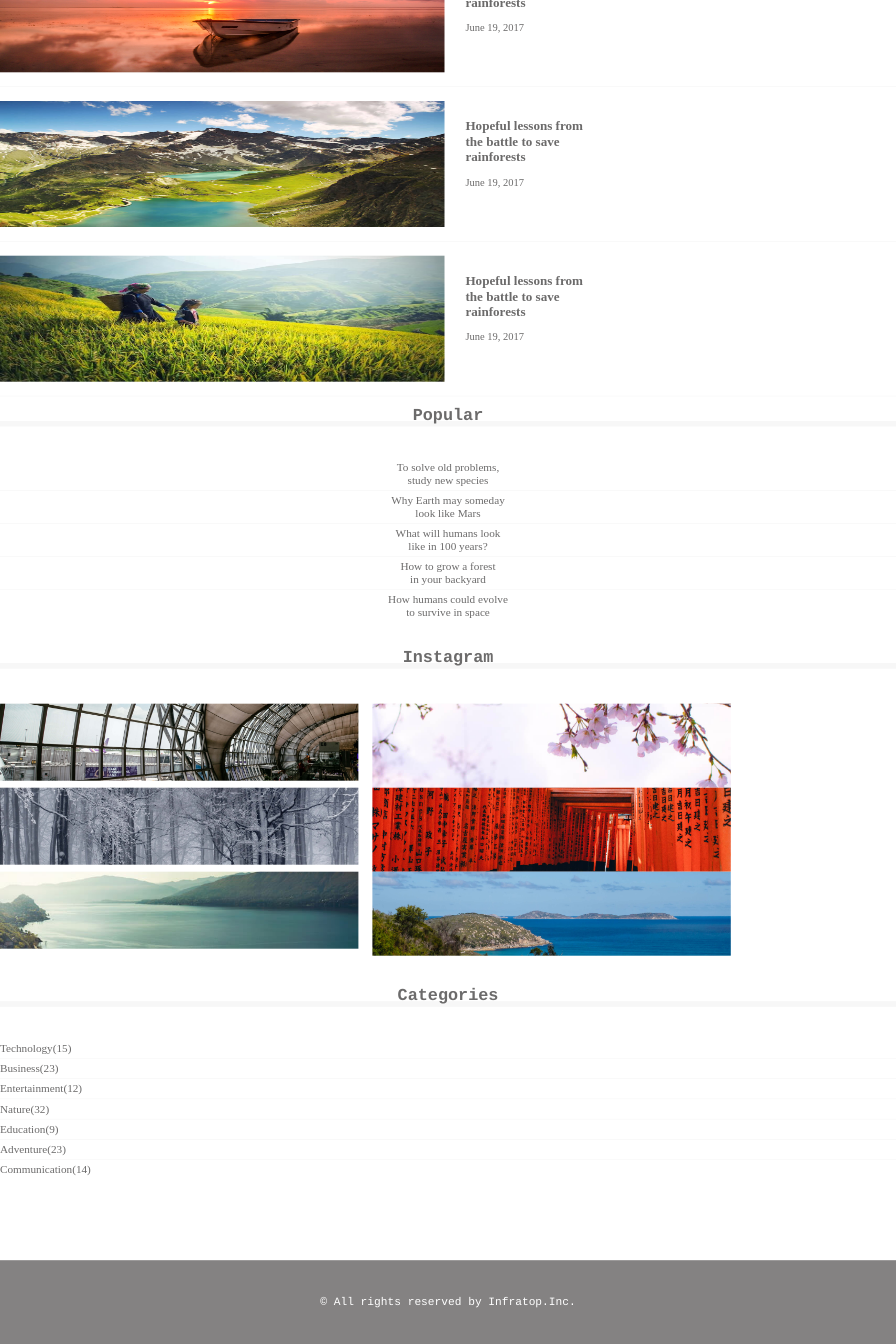
Repository: t-sato-infratop/environment
Page: caravan/index.html
The author's editor kept a record of every edit. The page is drawn from the files as they stood at one moment, then again after the next edit.
The browser window is 1280 px wide. The pictures show the part of the page from y = 1066 to 2986 px (the page is 2986 px tall), at 70% of full size.

Above is the page before.

### caravan/index.html
<!DOCTYPE html>
<html lang="ja">
  <head>
    <meta charset="UTF-8" />
    <link rel="stylesheet" href="style.css" />
    <title>CARAVAN</title>
  </head>

  <body>
    <header>
      <h1 class="heading">
        <a href="index.html">
          CARAVAN
        </a>
      </h1>
    </header>

    <nav>
      <ul class="nav-list">
        <li class="nav-list-item">
          <a href="index.html">Home</a>
        </li>
        <li class="nav-list-item">About</li>
        <li class="nav-list-item">Topic</li>
      </ul>
    </nav>

    <div class="main-visual">
      <div class="main-visual-content">
        <p class="main-visual-text">
            The world is a book<br />
            and those who do not travel<br />
            read only one page.
        </p>
        <p class="main-visual-name">
            St. Augustine
        </p>
      </div>
    </div>

    <main>
      <section class="blog">
        <h2 class="blog-heading">Recent Blogs</h2>
        <div class="blog-box">
          <div class="blog-item">
            <img class="blog-image" src="../img/forest.jpg">
            <section class="blog-text">
              <h3 class="blog-text-heading">
                <a href="single.html">
                  Hopeful lessons from<br>
                  the battle to save<br>
                  rainforests
                </a>
              </h3>
              <p class="blog-date">June 19, 2017</p>
              <span class="category">Nature</span>
            </section>
          </div>
          <div class="blog-item">
            <img class="blog-image" src="../img/desert.jpg">
            <section class="blog-text">
              <h3 class="blog-text-heading">
                <a href="single.html">
                  Hopeful lessons from<br>
                  the battle to save<br>
                  rainforests
                </a>
              </h3>
              <p class="blog-date">June 19, 2017</p>
              <span class="category">Nature</span>
            </section>
          </div>
          <div class="blog-item">
            <img class="blog-image" src="../img/sunset.jpg">
            <section class="blog-text">
              <h3 class="blog-text-heading">
                <a href="single.html">
                  Hopeful lessons from<br>
                  the battle to save<br>
                  rainforests
                </a>
              </h3>
              <p class="blog-date">June 19, 2017</p>
              <span class="category">Adventure</span>
            </section>
          </div>
          <div class="blog-item">
            <img class="blog-image" src="../img/italy.jpg">
            <section class="blog-text">
              <h3 class="blog-text-heading">
                <a href="single.html">
                  Hopeful lessons from<br>
                  the battle to save<br>
                  rainforests
                </a>
              </h3>
              <p class="blog-date">June 19, 2017</p>
              <span class="category">Nature</span>
            </section>
          </div>
          <div class="blog-item">
            <img class="blog-image" src="../img/asia.jpg">
            <section class="blog-text">
              <h3 class="blog-text-heading">
                <a href="single.html">
                  Hopeful lessons from<br>
                  the battle to save<br>
                  rainforests
                </a>
              </h3>
              <p class="blog-date">June 19, 2017</p>
              <span class="category">Culture</span>
            </section>
          </div>
        </div>
      </section>

      <div class="sidebar">
        <section class="popular">
          <h2 class="popular-heading common-heading">Popular</h2>
          <div class="sidebar-contents">
            <p class="popular-text">To solve old problems,<br>study new species</p>
            <p class="popular-text">Why Earth may someday<br>look like Mars</p>
            <p class="popular-text">What will humans look<br>like in 100 years?</p>
            <p class="popular-text">How to grow a forest<br>in your backyard</p>
            <p class="popular-text">How humans could evolve<br>to survive in space</p>
          </div>
        </section>
        <section class="instagram">
          <h2 class="instagram-heading common-heading">Instagram</h2>
          <div class="sidebar-contents">
            <div class="instagram-box"></div>
            <div class="instagram-box"></div>
            <div class="instagram-box"></div>
            <div class="instagram-box"></div>
            <div class="instagram-box"></div>
            <div class="instagram-box"></div>
          </div>
        </section>
        <section class="categories">
          <h2 class="categories-heading common-heading">Categories</h2>
          <div class="sidebar-contents">
            <p class="categories-text">Technology(15)</p>
            <p class="categories-text">Business(23)</p>
            <p class="categories-text">Entertainment(12)</p>
            <p class="categories-text">Nature(32)</p>
            <p class="categories-text">Education(9)</p>
            <p class="categories-text">Adventure(23)</p>
            <p class="categories-text">Communication(14)</p>
          </div>
        </section>
      </div>
    </main>

    <footer>
      <p class="footer-text">© All rights reserved by Infratop.Inc.</p>
    </footer>
  </body>
</html>

### caravan/style.css
* {
  margin: 0;
  padding: 0;
  box-sizing: border-box;
  color: #6c6b6b;
}

a {
  text-decoration: none;
}

header, nav, h2, .main-visual, footer {
  font-family: Chalkduster, "Bradley Hand", Courier, "Segoe Print", sans-serif;
}

header {
  width: 90%;
  padding: 15px 0;
  margin: 0 auto;
  text-align: center;
  position: relative;
}

.social i {
  display: inline-block;
  margin-left: 20px;
}

.social {
  position: absolute;
  top: 22px;
  right: 22px;
}

header .header {
  font-size: 32px;
}

.nav-list {
  text-align: center;
  padding: 10px 0;
  margin: 0 auto;
}

.nav-list-item {
  list-style: none;
  display: inline-block;
  margin: 0 20px;
}

.main-visual {
  width: 100%;
  height: 300px;
  background-image: url(../img/mv.jpg);
  background-size: cover;
  background-position: center;
}

.main-visual-content {
  width: 40%;
  height: 300px;
  background-color: rgb(0,0,0,0.5);
  text-align: center;
  padding-top: 105px;
}

.main-visual-text {
color: #fff;
}

.main-visual-name {
  margin-top: 30px;
  color: #fff;
}

main{
  width: 800px;
  display: flex;
  justify-content: center;
  margin: 0 auto;
  padding: 70px 0;
}

.blog {
  width: 540px;
  margin-right: 30px;
}

.blog-heading {
  border-bottom: 8px solid #f7f7f7;
  text-align: center;
  line-height: 0.6;
}

.blog-box {
  padding: 50px 0;
}

.blog-item {
  padding-bottom: 20px;
  margin-bottom: 20px;
  border-bottom: 1px solid #f7f7f7;
  display: flex;
  justify-content: flex-start;
}

.blog-image {
  height: 180px;
}

.blog-text {
  padding: 25px 0 0 30px;
}

.blog-text-heading {
  padding-bottom: 15px;
}

.blog-date {
  font-size: 12px;
  display: inline-block;
}

.category {
  display: inline-block;
  padding: 5px 8px;
  background-color: #acabab;
  border-radius: 3px;
  color: #fff;
  font-size: 11px;
}

.pagination {
  text-align: center;
  padding-top: 50px;
}

.pagination p {
  display: inline-block;
  width: 30px;
  height: 30px;
  margin: 0 5px;
  color: #fff;
  background-color: #acabab;
  border-radius: 3px;
  line-height: 30px;
}

.sidebar {
width: 230px;
}

.common-heading {
  border-bottom: 8px solid #f7f7f7;
  text-align: center;
  line-height: 0.6;
}

.sidebar-contents {
  padding: 50px 0;
}

.popular-text,
.categories-text {
  padding-bottom: 5px;
  border-bottom: 1px solid #f7f7f7;
  margin-bottom: 5px;
}

.popular-text:last-child,
.categories-text:last-child {
  margin: 0;
  padding: 0;
  border: none;
}

.instagram .sidebar-contents {
  display: flex;
  flex-wrap: wrap;
}

.instagram-box {
  width: 110px;
  padding-top: 110px;
  background-size: cover;
  background-position: center;
  margin-bottom: 10px;
}

.instagram-box:nth-child(odd) {
  margin: 0 10px 10px 0;
}

.instagram-box:nth-child(1) {
  background-image: url(../img/airport.jpg);
}

.instagram-box:nth-child(2) {
  background-image: url(../img/japan.jpg);
}

.instagram-box:nth-child(3) {
  background-image: url(../img/snow.jpg);
}

.instagram-box:nth-child(4) {
  background-image: url(../img/japan2.jpg);
}

.instagram-box:nth-child(5) {
  background-image: url(../img/lake.jpg);
}

.instagram-box:nth-child(6) {
  background-image: url(../img/road.jpg);
}

footer {
  width: 100%;
  height: 120px;
  text-align: center;
  line-height: 120px;
  background-color: #848282;
}

.footer-text {
  color: #fff
}

@media screen and (max-width: 425px) {
.fab {
    visibility: hidden;
  }
}

@media screen and (max-width: 425px) {
.nav-list-item {
    width: 100%;
    display: block;
    margin: 5px auto;
  }
}

@media screen and (max-width: 425px) {
.main-visual-content {
    width: 100%;
  }
}

main {
  width: 100%;
  display: block;
}

.blog {
  width: 100%;
}

.blog-box {
  padding-bottom: 0px;
}

.blog-image {
  width: 50%;
}

.blog-text {
  width: 50%;
  margin-right: 10px;
}

.blog-date {
  font-size: 15px;
}

.category {
  visibility: hidden;
}

.pagination {
  margin-bottom: 50px;
  padding-top: 0px;
}

.sidebar {
  width: 100%;
}

.popular-text {
  text-align: center;
}

.instagram-box {
  width: 40%;
  margin: 0 10px 0 10px;
}

After the next edit:
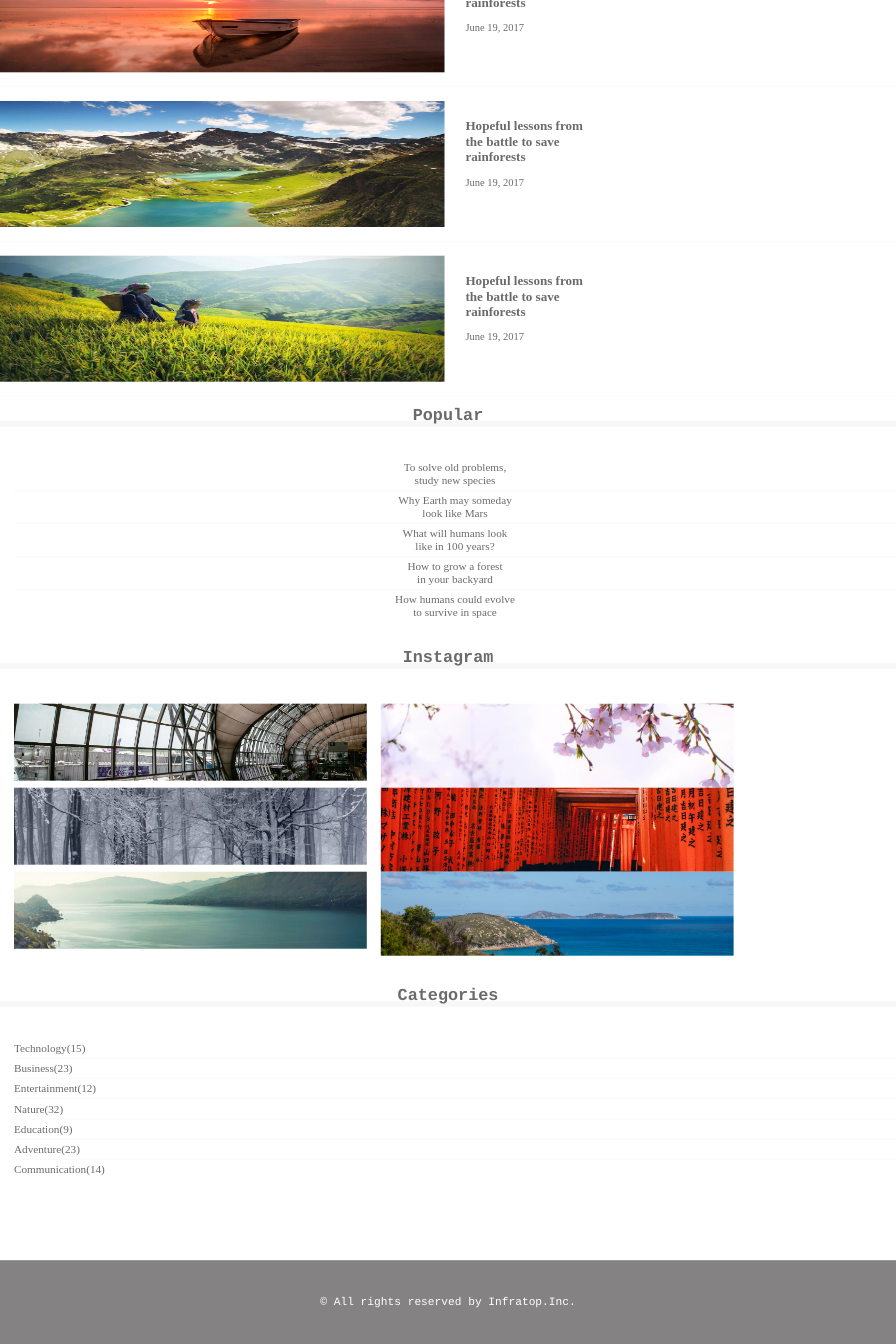
The edit:
--- a/caravan/style.css
+++ b/caravan/style.css
@@ -286,6 +286,10 @@
   width: 100%;
 }
 
+.sidebar-contents {
+  margin-left: 20px;
+}
+
 .popular-text {
   text-align: center;
 }
